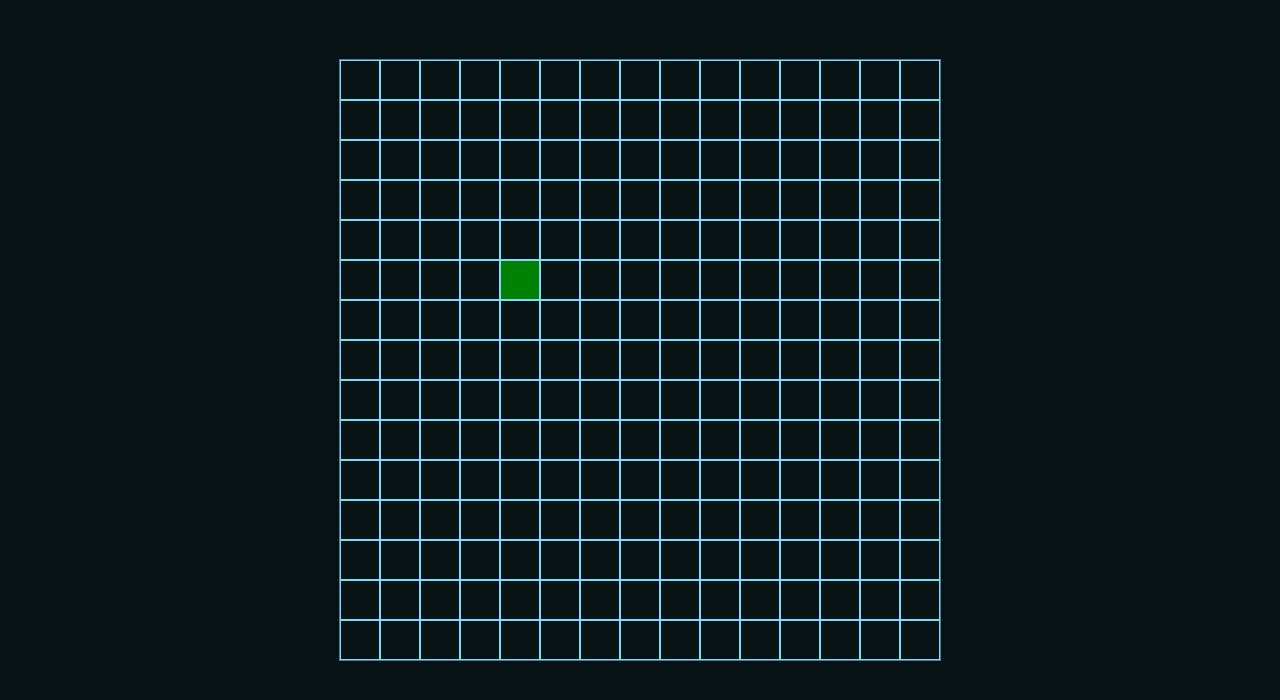
Repository: rehans-Life/linkedlist-snake-game
Page: /
These files come from the project's save history. The page is drawn as it stood at one moment and after the next save; the edit follows.
The browser window is 1280 px wide. The pictures show the whole page.
The project was rebuilt for these pictures with package versions that can differ from the ones it lists, and the page was loaded fresh each time. The framework's server and built-in components were replaced by stand-ins that run in the browser. Also part of the build but not shown: next.config.js.

Above is the page before, as saved 2023-04-15 12:30:22.

### pages/index.js
import Head from "next/head";
import styles from "../styles/Home.module.css";
import Board from "../components/Board";

export default function Home() {
  return (
    <div className={styles.container}>
      <Head>
        <title>Linked List Snake Game</title>
        <meta name="description" content="linked list snake game" />
        <link rel="icon" href="/favicon.ico" />
      </Head>
      <Board />
    </div>
  );
}

### styles/globals.css
html,
body {
  padding: 0;
  margin: 0;
  font-family: -apple-system, BlinkMacSystemFont, Segoe UI, Roboto, Oxygen,
    Ubuntu, Cantarell, Fira Sans, Droid Sans, Helvetica Neue, sans-serif;
}

a {
  color: inherit;
  text-decoration: none;
}

* {
  box-sizing: border-box;
}

button {
  margin: 0;
  padding: 0;
}

### styles/Home.module.css
.container {
  background-color: rgb(7, 18, 21);
  height: 100vh;
  display: flex;
  align-items: center;
  justify-content: center;
}

.board {
  border: 1px solid rgb(62, 131, 154);
}

.row {
  display: flex;
  align-items: center;
  justify-content: center;
}

.cell {
  width: 40px;
  height: 40px;
  border: 1px solid rgb(123, 222, 255);
}

.snake_cell {
  background-color: green;
}

.food_cell {
  background-color: crimson;
}

### components/Board.jsx
import React, { useState } from "react";
import styles from "../styles/Home.module.css";
import { createBoard } from "../utils";

const BOARD_SIZE = 10;

// A Class to represent each node of the linked list
class Node {
  constructor(value) {
    this.value = value;
    this.next = null;
  }
}

// A class to represent the singly linked list
class SinglyLinkedList {
  constructor(value) {
    let node = new Node(value);
    this.head = node;
    this.tail = node;
  }
}

export default function Board() {
  const [board, setBoard] = useState(createBoard(15));

  // A set to store the values of all snake cells intially our snake will be of size
  // one cell and start from the 44th cells
  const [snakeCells, setSnakeCells] = useState(new Set([80]));

  // A linked list for our snake initally going to have only one node which
  // is at cell 44
  const [linkedlist, setLinkedList] = useState(new SinglyLinkedList(80));

  return (
    <div className={styles.board}>
      {board.map((row, index) => (
        <div key={index} className={styles.row}>
          {row.map((value, index) => (
            <div
              key={index}
              className={`${styles.cell} ${
                snakeCells.has(value) ? styles.snake_cell : ""
              }`}
            ></div>
          ))}
        </div>
      ))}
    </div>
  );
}

### utils.js
const randomIntInIntervel = (max, min) => {
  return Math.floor(Math.random() * (max - min + 1)) + min;
};

export const createBoard = (board_size) => {
  // All the cells which have a certain value assigned to them
  let board = [];
  let counter = 1;
  for (let i = 0; i < board_size; i++) {
    let row = [];
    for (let j = 0; j < board_size; j++) row.push(counter++);
    board.push(row);
  }
  return board;
};

Loaded but not shown: pages/_app.js (common file)

After the next save:
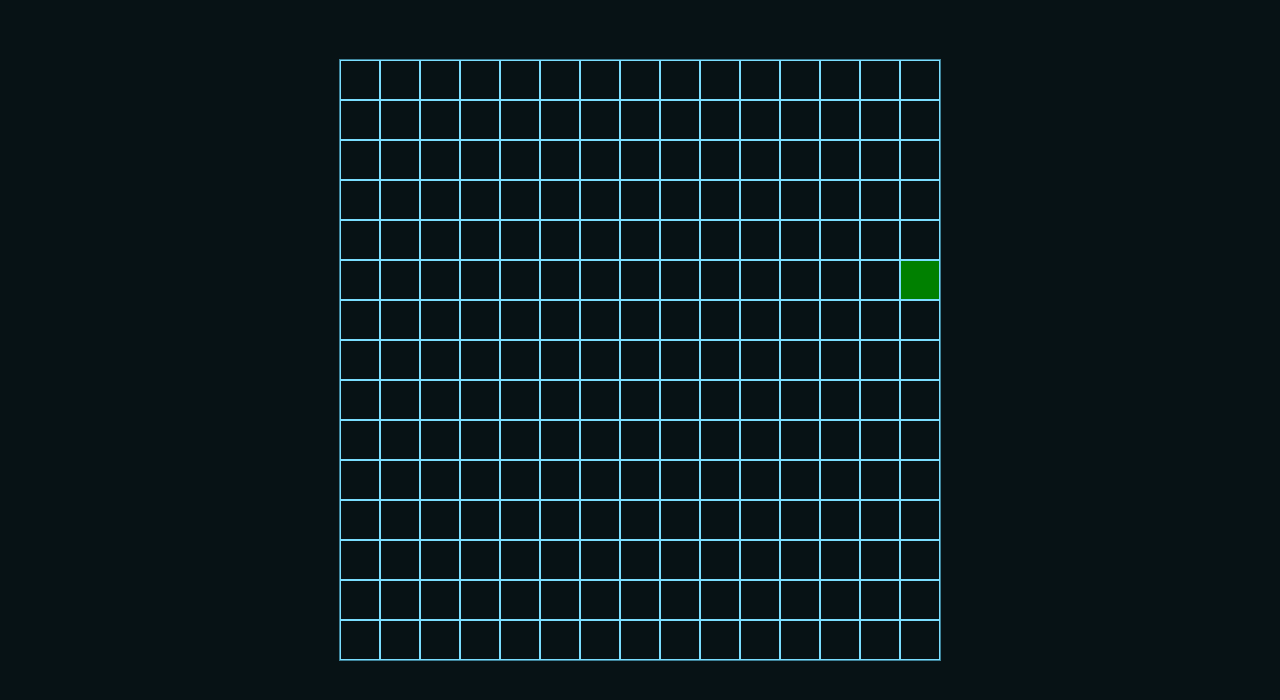
Saved 11 s later.
--- a/components/Board.jsx
+++ b/components/Board.jsx
@@ -26,11 +26,11 @@ export default function Board() {
 
   // A set to store the values of all snake cells intially our snake will be of size
   // one cell and start from the 44th cells
-  const [snakeCells, setSnakeCells] = useState(new Set([80]));
+  const [snakeCells, setSnakeCells] = useState(new Set([90]));
 
   // A linked list for our snake initally going to have only one node which
   // is at cell 44
-  const [linkedlist, setLinkedList] = useState(new SinglyLinkedList(80));
+  const [linkedlist, setLinkedList] = useState(new SinglyLinkedList(90));
 
   return (
     <div className={styles.board}>
